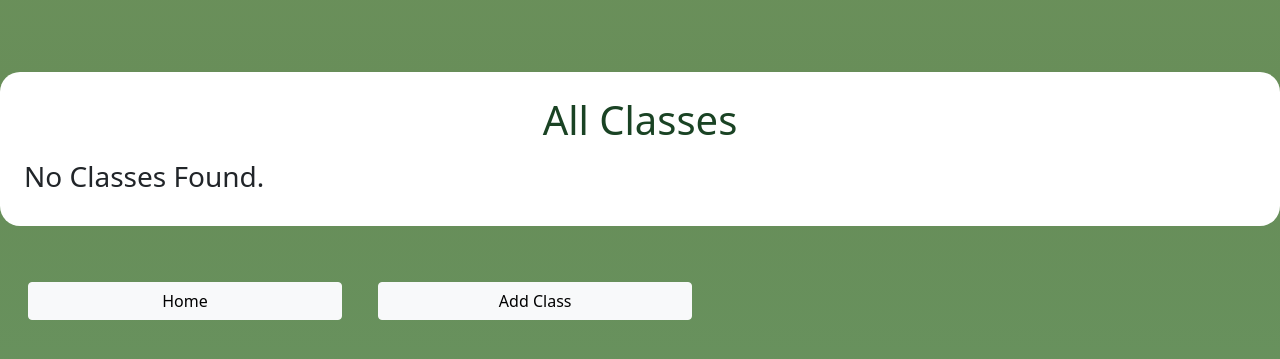
Repository: ronetteguevara/CalTech-ZumbaApp
Page: http://localhost/ZumbaApp/ViewClasses.jsp
The author's editor kept a copy of each file at every save. The page is drawn from the files as they stood at one save, then again after the next save.
The browser window is 1280 px wide. The pictures show the whole page.
The page is served by Tomcat 10. Other server files are loaded and not shown. Queries for data that is not in the repository find no rows.

Above is the page before, as saved 2024-05-03 02:20:14.

### ZumbaApp/ZumbaApp/src/main/webapp/ViewClasses.jsp
<%@ page contentType="text/html;charset=UTF-8" language="java" %>
<%@ page import="java.util.ArrayList, com.zumbaapp.servlet.db.DB, com.zumbaapp.servlet.model.Classes" %>
<html>
<head>
    <title>All Classes</title>
<link rel="stylesheet" href="css/bootstrap.css"></link>
<link rel="stylesheet" href="style.css"></link>
</head>
<body class="gradient-background justify-content-center">

        <div class="my-4 d-flex justify-content-center col-xl-12 col-lg-12 col-md-12 col-sm-12 col-12">
        <div class="container-fluid my-4 mt-5 px-4 py-4 justify-content-center" style="background-color: white; border-radius: 20px;">
        <h1 class="mb-3" style="text-align: center;">All Classes</h1>

        <%
            DB db = new DB();
            ArrayList<Classes> zumbaClasses = db.fetchAllClasses();
            db.closeConnection();

            if (zumbaClasses != null && zumbaClasses.size() > 0) {
                out.print("<table class='table table-hover'>");
                out.print("<thead>");
                out.print("<tr>");
                out.print("<th scope='col'>ID</th>");
                out.print("<th scope='col'>Name</th>");
                out.print("<th scope='col'>Session</th>");
                out.print("<th scope='col'>Date</th>");
                out.print("<th scope='col'>Start Time</th>");
                out.print("<th scope='col'>End Time</th>");
                out.print("<th scope='col'>Location</th>");
                out.print("<th scope='col'>Actions</th>");
                out.print("</tr>");
                out.print("</thead>");
                out.print("<tbody>");


                for (Classes classes : zumbaClasses) {
                    out.print("<tr>");
                    out.print("<td>" + classes.id + "</td>");
                    out.print("<td>" + classes.name + "</td>");
                    out.print("<td>" + classes.session + "</td>");
                    out.print("<td>" + classes.date + "</td>");
                    out.print("<td>" + classes.startTime + "</td>");
                    out.print("<td>" + classes.endTime + "</td>");
                    out.print("<td>" + classes.location + "</td>");
                    out.print("<td><a href='DeleteClasses?id=" + classes.id + "'>Delete</a> | <a href='EditClass.jsp?id=" + classes.id + "'>Edit</a></td>");
                    out.print("</tr>");
                }
                out.print("</tbody>");
                out.print("</table>");
            } else {
                out.print("<h3>No Classes Found.</h3>");
            }

            out.print("</div>");
            out.print("</div>");
        %>
        <div class="container-fluid justify-content-center">
		<a class="w-25 btn btn-primary btn-light mt-2 mb-5 mx-3" href="Home.jsp">Home</a>
		<a class="w-25 btn btn-primary btn-light mt-2 mb-5 mx-3" href="add-class.html">Add Class</a>
		</div>
</body>
</html>

### ZumbaApp/ZumbaApp/src/main/java/com/zumbaapp/servlet/db/DB.java
package com.zumbaapp.servlet.db;

import java.sql.Connection;
import java.sql.DriverManager;
import java.sql.PreparedStatement;
import java.sql.ResultSet;
import java.util.ArrayList;

import com.zumbaapp.servlet.model.Classes;
import com.zumbaapp.servlet.model.Participant;

public class DB {

		Connection connection;
		PreparedStatement preparedStatement;

		public DB() {
			try {
				Class.forName("com.mysql.cj.jdbc.Driver");
				System.out.println("[DB] Driver Loaded");

				connection = DriverManager.getConnection("jdbc:mysql://127.0.0.1:3306/zumba_management", "root", "201155876");
				System.out.println("[DB] Connection created");
			}
			catch(Exception e) {
				System.out.println("Something went wrong: " + e);
			}
		}

		public void closeConnection() {
			try {
				connection.close();
				System.out.println("[DB] Connection to DB closed");
			}
			catch(Exception e) {
				System.out.println("Something went wrong: " + e);
			}
		}

		public int addClasses(Classes classes) {
			int result = 0;

			try {
			String sql = "INSERT INTO Classes VALUES (null, ?, ?, ?, ?, ?, ?)";
			preparedStatement = connection.prepareStatement(sql);
			preparedStatement.setString(1, classes.name);
			preparedStatement.setString(2, classes.session);
			preparedStatement.setString(3, classes.date);
			preparedStatement.setString(4, classes.startTime);
			preparedStatement.setString(5, classes.endTime);
			preparedStatement.setString(6, classes.location);

			result = preparedStatement.executeUpdate();

			}
			catch(Exception e) {
				System.out.println("Something went wrong: " + e);
			}
			return result;
		}

		public int addParticipant(Participant participant) {
			int result = 0;

			try {
			String sql = "INSERT INTO Participant VALUES (null, ?, ?, ?, ?, ?)";
			preparedStatement = connection.prepareStatement(sql);
			preparedStatement.setString(1, participant.firstName);
			preparedStatement.setString(2, participant.lastName);
			preparedStatement.setString(3, participant.email);
			preparedStatement.setString(4, participant.phone);
			preparedStatement.setString(5, participant.zumbaClass);

			result = preparedStatement.executeUpdate();

			}
			catch(Exception e) {
				System.out.println("Something went wrong: " + e);
			}
			return result;
		}

		public ArrayList<Classes> fetchAllClasses() {
			ArrayList<Classes> zumbaClasses = new ArrayList<>();
			try {
				String sql = "SELECT * FROM Classes";
				preparedStatement = connection.prepareStatement(sql);

				ResultSet set = preparedStatement.executeQuery();

				while(set.next()) {
					Classes classes = new Classes();
					classes.id = set.getInt(1);
					classes.name = set.getString(2);
					classes.session = set.getString(3);
					classes.date = set.getString(4);
					classes.startTime = set.getString(5);
					classes.endTime = set.getString(6);
					classes.location = set.getString(7);

					zumbaClasses.add(classes);

				}
			}
			catch(Exception e) {
				System.out.println("Something went wrong: " + e);

			}
			return zumbaClasses;
		}

		public ArrayList<Participant> fetchAllParticipants() {
			ArrayList<Participant> zumbaParticipants = new ArrayList<>();
			try {
				String sql = "SELECT * FROM Participant";
				preparedStatement = connection.prepareStatement(sql);

				ResultSet set = preparedStatement.executeQuery();

				while(set.next()) {
					Participant participant = new Participant();
					participant.id = set.getInt(1);
					participant.firstName = set.getString(2);
					participant.lastName = set.getString(3);
					participant.email = set.getString(4);
					participant.phone = set.getString(5);
					participant.zumbaClass = set.getString(6);

					zumbaParticipants.add(participant);
				}
			}
			catch(Exception e) {
				System.out.println("Something went wrong: " + e);

			}
			return zumbaParticipants;
		}

		public int deleteClasses(int id) {
			int result = 0;
			try {
				String sql = "DELETE FROM Classes WHERE id=?";
				preparedStatement = connection.prepareStatement(sql);
				preparedStatement.setInt(1, id);

				preparedStatement.executeUpdate();

				result = preparedStatement.executeUpdate();

			}
			catch(Exception e) {
				System.out.println("Something went wrong: " + e);
			}
			return result;
	}

		public int deleteParticipant(int id) {
			int result = 0;
			try {
				String sql = "DELETE FROM Participant WHERE id=?";
				preparedStatement = connection.prepareStatement(sql);
				preparedStatement.setInt(1, id);

				preparedStatement.executeUpdate();

				result = preparedStatement.executeUpdate();

			}
			catch(Exception e) {
				System.out.println("Something went wrong: " + e);
			}
			return result;
	}

		public Classes fetchClass(int id) {

			Classes classes = new Classes();

			try {
				String sql = "SELECT * FROM Classes WHERE id=?";
				preparedStatement = connection.prepareStatement(sql);
				preparedStatement.setInt(1, id);

				ResultSet set = preparedStatement.executeQuery();

				while(set.next()) {
					classes.id = set.getInt(1);
					classes.name = set.getString(2);
					classes.session = set.getString(3);
					classes.date = set.getString(4);
					classes.startTime = set.getString(5);
					classes.endTime = set.getString(6);
					classes.location = set.getString(7);
				}
			}
			catch(Exception e) {
				System.out.println("Something went wrong: " + e);

			}
			return classes;
		}

		public Participant fetchParticipant(int id) {
			Participant participant = new Participant();
			try {
				String sql = "SELECT * FROM Participant WHERE id=?";
				preparedStatement = connection.prepareStatement(sql);
				preparedStatement.setInt(1, id);

				ResultSet set = preparedStatement.executeQuery();

				while(set.next()) {
					participant.id = set.getInt(1);
					participant.firstName = set.getString(2);
					participant.lastName = set.getString(3);
					participant.email = set.getString(4);
					participant.phone = set.getString(5);
					participant.zumbaClass = set.getString(6);
				}
			}
			catch(Exception e) {
				System.out.println("Something went wrong: " + e);

			}
			return participant;
		}

		public int saveClasses (Classes classes) {
			int result = 0;

			try {
				String sql = "UPDATE Classes SET name = ?, session = ?, date = ?, startTime = ?, endTime = ?, location = ? WHERE id=?";
				preparedStatement = connection.prepareStatement(sql);
				preparedStatement.setString(1, classes.name);
				preparedStatement.setString(2, classes.session);
				preparedStatement.setString(3, classes.date);
				preparedStatement.setString(4, classes.startTime);
				preparedStatement.setString(5, classes.endTime);
				preparedStatement.setString(6, classes.location);
				preparedStatement.setInt(7, classes.id);

				result = preparedStatement.executeUpdate();

			}
			catch(Exception e) {
				System.out.println("Something went wrong: " + e);
			}

			return result;
		}

		public int saveParticipant (Participant participant) {
			int result = 0;

			try {
				String sql = "UPDATE Participant SET firstName = ?, lastName = ?, email = ?, phone = ?, zumbaClass = ? WHERE id=?";
				preparedStatement = connection.prepareStatement(sql);
				preparedStatement.setString(1, participant.firstName);
				preparedStatement.setString(2, participant.lastName);
				preparedStatement.setString(3, participant.email);
				preparedStatement.setString(4, participant.phone);
				preparedStatement.setString(5, participant.zumbaClass);
				preparedStatement.setInt(6, participant.id);

				result = preparedStatement.executeUpdate();

			}
			catch(Exception e) {
				System.out.println("Something went wrong: " + e);
			}

			return result;
		}

}

### ZumbaApp/ZumbaApp/src/main/webapp/style.css
@charset "UTF-8";

.button {
  background-color: #458933;
  border: none;
}

.button:hover {
  background-color: #82c360;
}

a {
  color: #458933;
}

a:hover {
 color: #82c360;
}

a:visited {
  color: #1a4324;
}

h1 {
	color: #1a4324;
}

footer {
	background-color: white;
}

.gradient-background {
  background: linear-gradient(0deg, #74d3ae, #678d58, #a6c48a);
  background-size: 1000% 1000%;

  -webkit-animation: AnimationName 8s ease infinite;
  -moz-animation: AnimationName 8s ease infinite;
  animation: AnimationName 8s ease infinite;
}

@-webkit-keyframes AnimationName {
  0%{background-position:0% 35%}
  50%{background-position:100% 66%}
  100%{background-position:0% 35%}
}
@-moz-keyframes AnimationName {
  0%{background-position:0% 35%}
  50%{background-position:100% 66%}
  100%{background-position:0% 35%}
}
@keyframes AnimationName {
  0%{background-position:0% 35%}
  50%{background-position:100% 66%}
  100%{background-position:0% 35%}

}

Loaded but not shown: ZumbaApp/ZumbaApp/src/main/webapp/css/bootstrap.css (library)

After the next save:
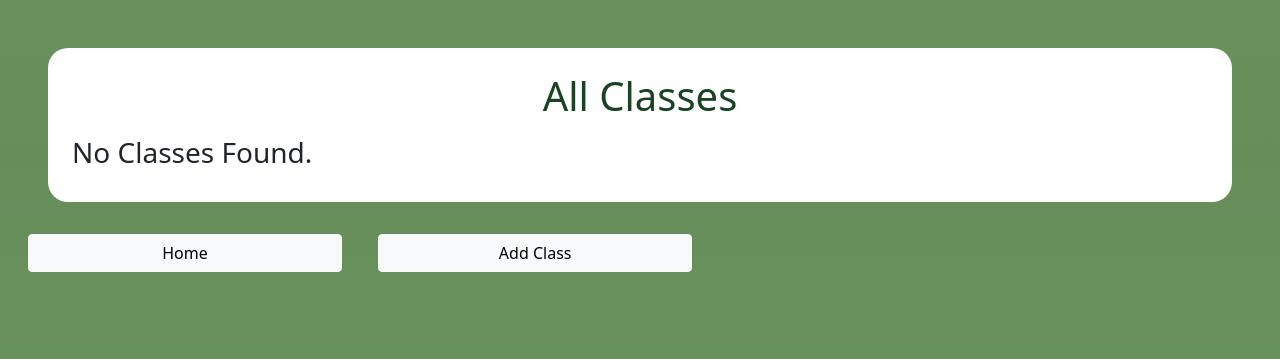
Saved 13 s later.
--- a/ZumbaApp/ZumbaApp/src/main/webapp/ViewClasses.jsp
+++ b/ZumbaApp/ZumbaApp/src/main/webapp/ViewClasses.jsp
@@ -9,7 +9,7 @@
 <body class="gradient-background justify-content-center">
 
         <div class="my-4 d-flex justify-content-center col-xl-12 col-lg-12 col-md-12 col-sm-12 col-12">
-        <div class="container-fluid my-4 mt-5 px-4 py-4 justify-content-center" style="background-color: white; border-radius: 20px;">
+        <div class="container-fluid mt-4 mx-5 px-4 py-4 justify-content-center" style="background-color: white; border-radius: 20px;">
         <h1 class="mb-3" style="text-align: center;">All Classes</h1>
 
         <%
